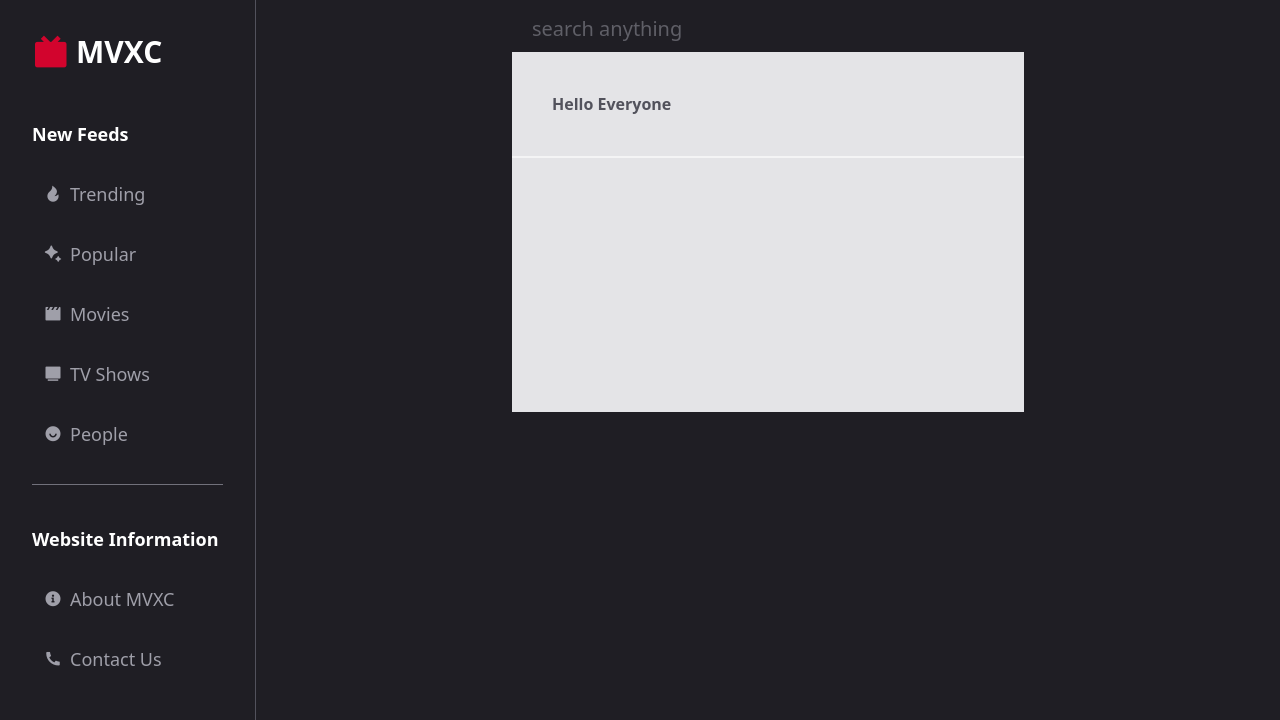
Repository: Csiddharth7906/MovieAppUpdatedVersion
Page: / (app in MVXC-MovieWebApplication/)
The author's editor kept a copy of each file at every save. The page is drawn from the files as they stood at one save, then again after the next save.
The browser window is 1280 px wide. The pictures show the whole page.
Some web libraries are served in a nearby version. The project was rebuilt for these pictures with package versions that can differ from the ones it lists, and the page was loaded fresh each time. Also part of the build but not shown: MVXC-MovieWebApplication/vite.config.js.

Above is the page before, as saved 2025-06-17 10:14:24.

After the next save:
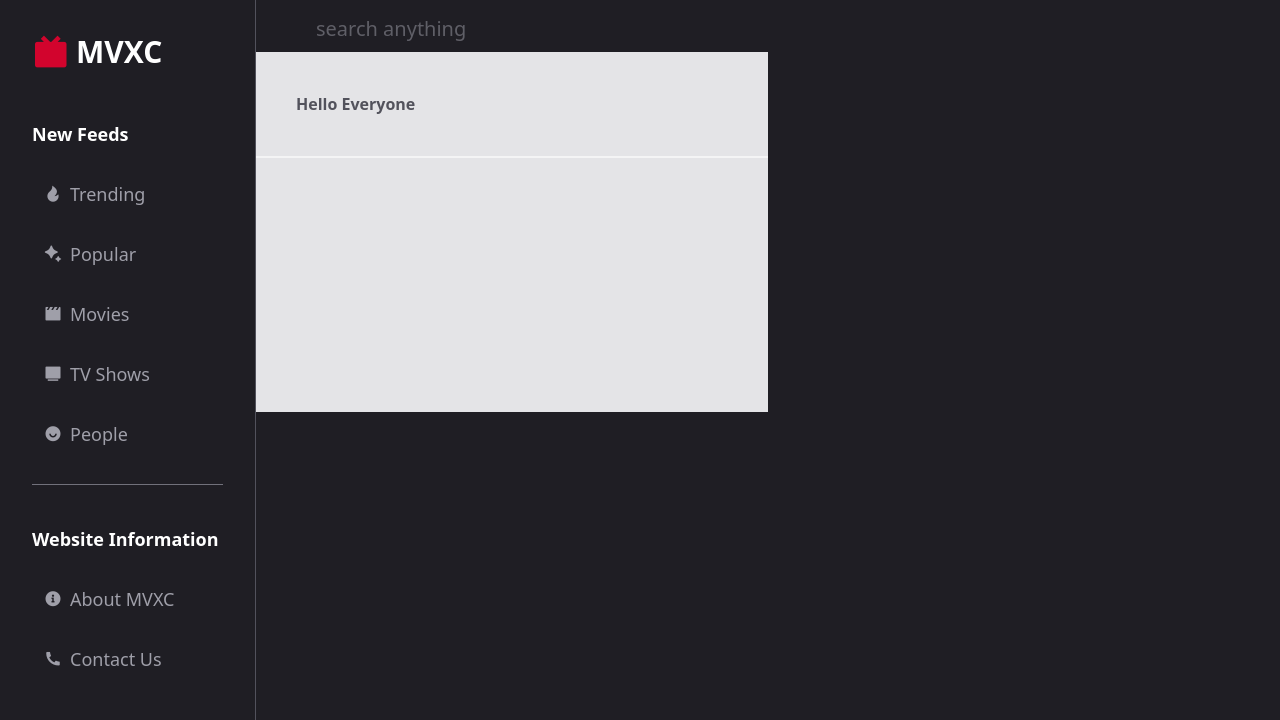
Saved 7 min 47 s later.
--- a/MVXC-MovieWebApplication/src/templates/Topnav.jsx
+++ b/MVXC-MovieWebApplication/src/templates/Topnav.jsx
@@ -5,7 +5,7 @@ const Topnav = () => {
   const [query, setquery] = useState("");
   console.log(query)
   return (
-    <div className="w-full h-[8vh] relative flex justify-center items-center">
+    <div className="w-full h-[8vh] relative flex justify-start items-center">
       <i classname="text-zinc-400 text-3xl ri-search-line"></i>
       <input
         onChange={(e)=> setquery(e.target.value)}
